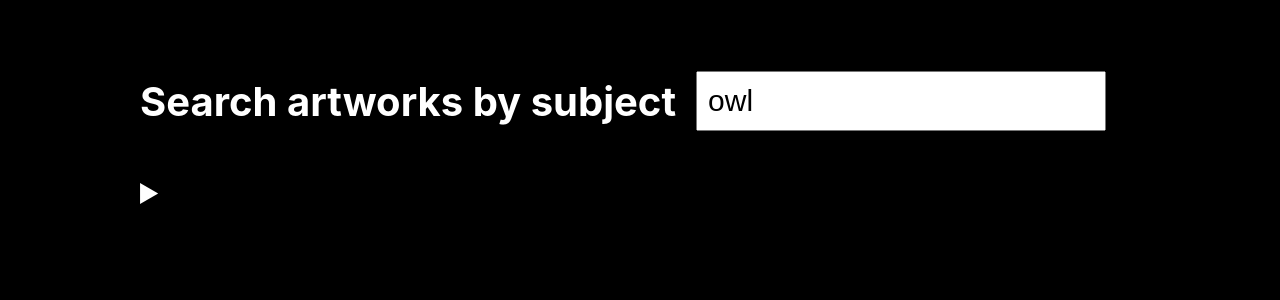
Repository: magiai/art-searcher
Page: /
An editor plug-in stored every save of this project. The page is shown before and after the next save, followed by the edit.
The browser window is 1280 px wide. The pictures show the whole page.
The page's requests for data from a server got no answer. The project was rebuilt for these pictures with package versions that can differ from the ones it lists, and the page was loaded fresh each time. No one was signed in, and anything a server would have sent is missing. Also part of the build but not shown: src/figureDisplay.js.

Above is the page before, as saved 2022-04-12 14:32:23.

### src/App.js
import React from "react";
import './App.css';
import SearchByWork from "./SearchByWord";

export default function App() {

    return (
        <React.Fragment>
          <div>
            <h1>Search artworks by subject</h1>
            <SearchByWork />
          </div>
        </React.Fragment>
    )
}

### src/App.css
* {
  box-sizing: border-box;
}

html {
  scroll-behavior: smooth;
}

body {
  background-color: black;
  color: white;
}

img {

}

#root {
  padding-top: 50px;
  padding-bottom: 50px;
  padding-right: 50px;
  padding-left: 50px;
  flex-direction: column;
}

#root, #root div {
  display: flex;
  flex-wrap: wrap;
  align-items: center;
}

h1, form {
  display: inline-block;
}

h1 {
  font-size: 40px;
}

form input {
  height: 60px;
  font-size: 30px;
  padding: 10px;
  margin-left: 20px;
}

h2 {
  display: inline-block;
  margin-block-start: 0;
  margin-block-end: 0;
}

.images__list {
  /* position: relative; */
}

figure {
  text-align: center;
  transition:all 0.2s ease;
}

figure:hover {
  /* position: absolute; */
  /* inset: 50%; */
}

figcaption {
  max-width: 300px;
  margin: auto;
}


img {
  transition:all 0.2s ease;
  margin: 5px;
  width: auto !important;
  max-width: 70vw;
  z-index: 1;
}

#root img:hover {
  outline: 1rem solid white;
  -webkit-transform:scale(2);
  /* transform: translate(50%); */
}

details {
  width: 100%;
}

details div {
   justify-content: center;

}

summary {
  padding: 20px 0;
}
summary::marker {
  font-size: 32px;
  /*color: white;*/
}

### src/SearchByWord.js
import React, { useState } from "react";
import ApiResults from "./ApiResults";

export default function SearchByWork() {

    const [searchedSubject, setSearchedSubject] = useState({});

    const watchTypedPhrase = ({ target }) => {
        const { name, value } = target;

        setSearchedSubject((prevSearchedSubject) => ({
            ...prevSearchedSubject,
            [name]: value
        }));
    };

    const submitPhrase = (event) => {
        event.preventDefault();
    };

    return (
        <React.Fragment>
            <form onSubmit = { submitPhrase }>
                <input type="search" name="subject" placeholder="owl" value={searchedSubject.subject || 'owl'} onChange={watchTypedPhrase}/>
            </form>
            <ApiResults searchedSubject={searchedSubject.subject} />
            {/* <ApiResults searchedSubject={'owl'} /> */}
        </React.Fragment>
    )
}

### src/ApiResults.js
import React from "react";
import UseFetch from "./fetchData";
import ArtworksList from "./ArtworksList";
// import SmithsonianArtworksList from "./SmithsonianArtworksList";
import { apiUrlInformationForInstitutons } from "./apiInformationForInstitutons";
// import ArtworkMetMuseum from "./MetMuseumObjectsList";

export default function ApiResults(props) {

  // let tryIt = {};
  // const [returnedArtworks, setReturnedArtworks] = useState({});

  // const updateResult = (tryIt = {}) => {
  //     const { value } = tryIt;

  //     setReturnedArtworks((prevArtworks) => ({
  //         ...prevArtworks,
  //         tryIt
  //     }));
  // };

  // console.log(returnedArtworks);

  // const submitPhrase = (event) => {
  //     event.preventDefault();
  // };

  const apiUrlInformationForInstitutonsArray = Object.values(apiUrlInformationForInstitutons);
  let artworks;

  for (let index = 0; index < apiUrlInformationForInstitutonsArray.length; index++) {

    const urlStart = apiUrlInformationForInstitutonsArray[index].urlStart;
    const urlEnd = apiUrlInformationForInstitutonsArray[index].urlEnd;
    const mainURL = urlStart + props.searchedSubject + urlEnd;
    const initialResponseName = apiUrlInformationForInstitutonsArray[index].responseName;
    const secondParameter = apiUrlInformationForInstitutonsArray[index].secondResponseParameter;

    if (secondParameter === null) {
      const initialData = UseFetch(mainURL, {[initialResponseName]: []});
      initialData !== undefined ? artworks = initialData[initialResponseName] : artworks = '';
      // console.log(artworks);
      // updateResult(artworks);
      // setReturnedArtworks(artworks);
    }

    else {
      const initialData = UseFetch(mainURL, {initialResponseName: {secondParameter: []}});
      const firstResponse = initialData[initialResponseName];

      if (firstResponse !== undefined) {
        artworks = initialData[initialResponseName][secondParameter];
        // setReturnedArtworks(artworks);
        // updateResult(artworks);
      }
    }
  }

  return (
    <ArtworksList
       artworks = { artworks }
   />
  )
}

### src/fetchData.js
import { useState, useEffect } from "react";
// export const breeds = {breedsData};

export default function UseFetch(url, defaultData) {
    const [data, updateData] = useState(defaultData);

    // NOTE! Don't pass url as an argument in the child method
    // this seems to break the React observable
    // also don't call the URL argument on useEffect either
    useEffect(() => {

      async function getDataFromAPI() {
        try {
            if (!url) {
                updateData(defaultData);
                return;
            }
            const response = await fetch(url);
            const json = await response.json();
            updateData(json);
        } catch(event) {
            console.log(event);
        }
    }

    getDataFromAPI();

    }, [url]);

    return data;
} // end useFetch

### src/ArtworksList.js
import React from "react";
import FigureDisplay from "./figureDisplay";
import { apiGeneralInformationForInstitutons } from "./apiInformationForInstitutons";
import MuseumSectionDisplay from "./MuseumSectionDisplay";

export default function ArtworksList(props) {

    const imagesList = [];
    let sectionTitle, imageTitle, artist, imageUrl, imagePath, identifier = '';
    let isOpen = false;
    let imageId = null;
    const apiGeneralInformationArray = Object.values(apiGeneralInformationForInstitutons);

    imageTitle = apiGeneralInformationArray.artworkTitle;
    artist = apiGeneralInformationArray.artist;
    imageUrl = apiGeneralInformationArray.imagesUrl;
    identifier = apiGeneralInformationArray.identifier;
    sectionTitle = apiGeneralInformationArray.sectionTitle;
    isOpen = apiGeneralInformationArray.isOpen;

    console.log(apiGeneralInformationArray);
    console.log(imageTitle, artist, imageUrl, identifier, sectionTitle, isOpen);


    for (let index = 0; index < props.artworks.length; index++) {

      const artworks = props.artworks[index];
      // console.log(artworks);
        // const artworkId = props.identifier;

        if (artworks !== undefined) {
          // console.log(apiGeneralInformationArray[index].artworkTitle);

          // imageTitle = artworks[apiGeneralInformationArray[index].artworkTitle];
          // artist = artworks[apiGeneralInformationArray[index].artist];
          // imageUrl = apiGeneralInformationArray[index].imagesUrl;
          // identifier = apiGeneralInformationArray[index].identifier;
          // sectionTitle = apiGeneralInformationArray[index].sectionTitle;
          // isOpen = apiGeneralInformationArray[index].isOpen;

          if (identifier !== null) {
            imageId = props.artworks[index][`${identifier}`];
          }
          if (imageId !== null) {
            imagePath = `${imageUrl}${imageId}/full/843,/0/default.jpg`;
          } else {
            imagePath = imageUrl;
          }

          // console.log(imagePath);

          imagesList.push(
            <FigureDisplay
                key={index}
                imageSrc={imagePath}
                imageTitle={imageTitle === '' ? "Untitled" : imageTitle || ''}
                artist={artist === '_primaryMaker' ? artist.name : artist || ''}
                loading={props.isOpen === true && index< 7 ? "eager" : "lazy"}
            />
          );
        }

        // const imageTitle = props.artworks[index][props.title];
        // const artist = props.artworks[index][props.artist];

        // if (imageId !== null) {
            // const imageURL = `${props.institutionURL}${imageId}/full/843,/0/default.jpg`;
            // const imageURL = `${imagesUrl}${imageId}/full/843,/0/default.jpg`;



        // }
      }

      return (
        <MuseumSectionDisplay
          museumName={sectionTitle}
          images={imagesList}
          isOpen={isOpen}
        />
    )
}

### src/apiInformationForInstitutons.js
export const apiUrlInformationForInstitutons = {

  // smithsonians: {
  //   'urlStart': 'https://api.si.edu/openaccess/api/v1.0/category/art_design/search?q=',
  //   'urlEnd': '&api_key=h4EFHdtQ2Buaa56YASGozM68gzw1NFka61spYM44&rows=100',
  //   'responseName': 'response',
  //   'secondResponseParameter': 'rows',
  // },

  artInstituteOfChicago: {
    'urlStart': 'https://api.artic.edu/api/v1/artworks/search?q=',
    'urlEnd': '&limit=70&fields=id,title,image_id,color,artist_title',
    'responseName': 'data',
    'secondResponseParameter': null,
  },

  // albertAndVictoriaMuseum: {
  //   'urlStart': 'https://api.vam.ac.uk/v2/objects/search?q=$',
  //   'urlEnd': '',
  //   'responseName': 'records',
  //   'secondResponseParameter': null,
  // }

    // const smithsonianInstitutionHistoryCultureURL = `https://api.si.edu/openaccess/api/v1.0/category/history_culture/search?q=${props.searchedSubject}&api_key=h4EFHdtQ2Buaa56YASGozM68gzw1NFka61spYM44&rows=20`;
    // const initialDataSmithsonianInstitutionHistoryCulture = UseFetch(smithsonianInstitutionHistoryCultureURL, {response: {rows: []}});
    // const artworksDataSmithsonianInstitutionHistoryCulture = initialDataSmithsonianInstitutionHistoryCulture.response.rows;


    // const bookCoversURL = `https://covers.openlibrary.org/b/isbn/cat-m.jpg`;
    // console.log(bookCoversURL);

    // const metmuseumURL = `https://collectionapi.metmuseum.org/public/collection/v1/search?&q=${searchedSubject.subject}?tags=true`;
    // const initialDataMetMuseum = UseFetch(metmuseumURL, {objectIDs:[]}); // make sure passing an empty array to default data if it fails
    // const artworksDataMetMuseum = initialDataMetMuseum.objectIDs;
    // const artworkMetMuseumIds = artworksDataMetMuseum.map((artId, index) => (
    //     {artId}
    // ));
}

export const apiGeneralInformationForInstitutons = {

  // smithsonians: {
  //   'identifier': null,
  //   'artworkTitle': 'title',
  //   'artist': "content.freetext.name ? props.artworks[index].content.freetext.name[0].content : 'Unknown'",
  //   'imagesUrl': "content.descriptiveNonRepeating.online_media.media[0].content + '_screen'",
  //   'sectionTitle': 'Smithsonian Institute - Art Design',
  //   'isOpen': false
  // },

  artInstituteOfChicago: {
    'identifier': 'image_id',
    'artworkTitle': 'title',
    'artist': 'artist_title',
    'imagesUrl': 'https://www.artic.edu/iiif/2/',
    'sectionTitle': 'Art Institute of Chicago',
    'isOpen': false
  },

  // albertAndVictoriaMuseum: {
  //   'identifier': '_primaryImageId',
  //   'artworkTitle': 'title',
  //   'artist': '_primaryMaker',
  //   'imagesUrl': 'https://framemark.vam.ac.uk/collections/',
  //   'sectionTitle': 'Albert and Victoria Museum',
  //   'isOpen': true
  // }

}

### src/MuseumSectionDisplay.js
import React from "react";

export default function MuseumSectionDisplay(props) {

    return (
        <details open={props.isOpen}>
            <summary><h2>{props.museumName}</h2></summary>
            <div className="images__list">
                {props.images}
            </div>
        </details>
    )
}

Loaded but not shown: public/index.html (common file); src/index.js (common file); src/index.css (common file); src/reportWebVitals.js (common file)

After the next save:
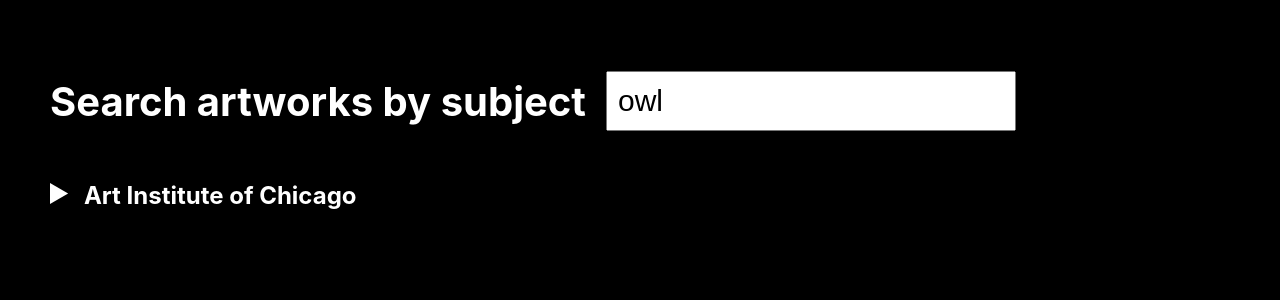
Saved 35 s later.
--- a/src/ArtworksList.js
+++ b/src/ArtworksList.js
@@ -11,14 +11,14 @@
     let imageId = null;
     const apiGeneralInformationArray = Object.values(apiGeneralInformationForInstitutons);
 
-    imageTitle = apiGeneralInformationArray.artworkTitle;
-    artist = apiGeneralInformationArray.artist;
-    imageUrl = apiGeneralInformationArray.imagesUrl;
-    identifier = apiGeneralInformationArray.identifier;
-    sectionTitle = apiGeneralInformationArray.sectionTitle;
-    isOpen = apiGeneralInformationArray.isOpen;
+    imageTitle = apiGeneralInformationArray[0].artworkTitle;
+    artist = apiGeneralInformationArray[0].artist;
+    imageUrl = apiGeneralInformationArray[0].imagesUrl;
+    identifier = apiGeneralInformationArray[0].identifier;
+    sectionTitle = apiGeneralInformationArray[0].sectionTitle;
+    isOpen = apiGeneralInformationArray[0].isOpen;
 
-    console.log(apiGeneralInformationArray);
+    console.log(apiGeneralInformationArray[0]);
     console.log(imageTitle, artist, imageUrl, identifier, sectionTitle, isOpen);
 
 

After the 2 saves that followed:
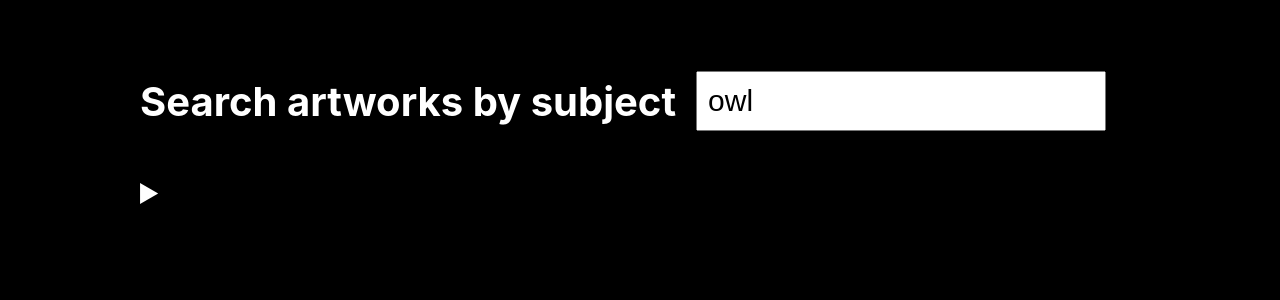
The 2 saves are shown as one change because 1 did not build or start.
The last was saved 9 min 42 s later.
--- a/src/ArtworksList.js
+++ b/src/ArtworksList.js
@@ -6,17 +6,28 @@
 export default function ArtworksList(props) {
 
     const imagesList = [];
-    let sectionTitle, imageTitle, artist, imageUrl, imagePath, identifier = '';
+    let keyWordForSectionTitle,
+        keyWordForImageTitle,
+        keyWordForArtist,
+        keyWordForImageUrl,
+        keyWordForIsOpen = false,
+        keyWordForIdentifier = '';
+    let sectionTitle,
+        imageTitle,
+        artist,
+        imageUrl,
+        imagePath,
+        identifier = '';
     let isOpen = false;
     let imageId = null;
     const apiGeneralInformationArray = Object.values(apiGeneralInformationForInstitutons);
 
-    imageTitle = apiGeneralInformationArray[0].artworkTitle;
-    artist = apiGeneralInformationArray[0].artist;
-    imageUrl = apiGeneralInformationArray[0].imagesUrl;
-    identifier = apiGeneralInformationArray[0].identifier;
-    sectionTitle = apiGeneralInformationArray[0].sectionTitle;
-    isOpen = apiGeneralInformationArray[0].isOpen;
+    keyWordForImageTitle = apiGeneralInformationArray[0].artworkTitle;
+    keyWordForArtist = apiGeneralInformationArray[0].artist;
+    keyWordForImageUrl = apiGeneralInformationArray[0].imagesUrl;
+    keyWordForIdentifier = apiGeneralInformationArray[0].identifier;
+    keyWordForSectionTitle = apiGeneralInformationArray[0].sectionTitle;
+    keyWordForIsOpen = apiGeneralInformationArray[0].isOpen;
 
     console.log(apiGeneralInformationArray[0]);
     console.log(imageTitle, artist, imageUrl, identifier, sectionTitle, isOpen);
